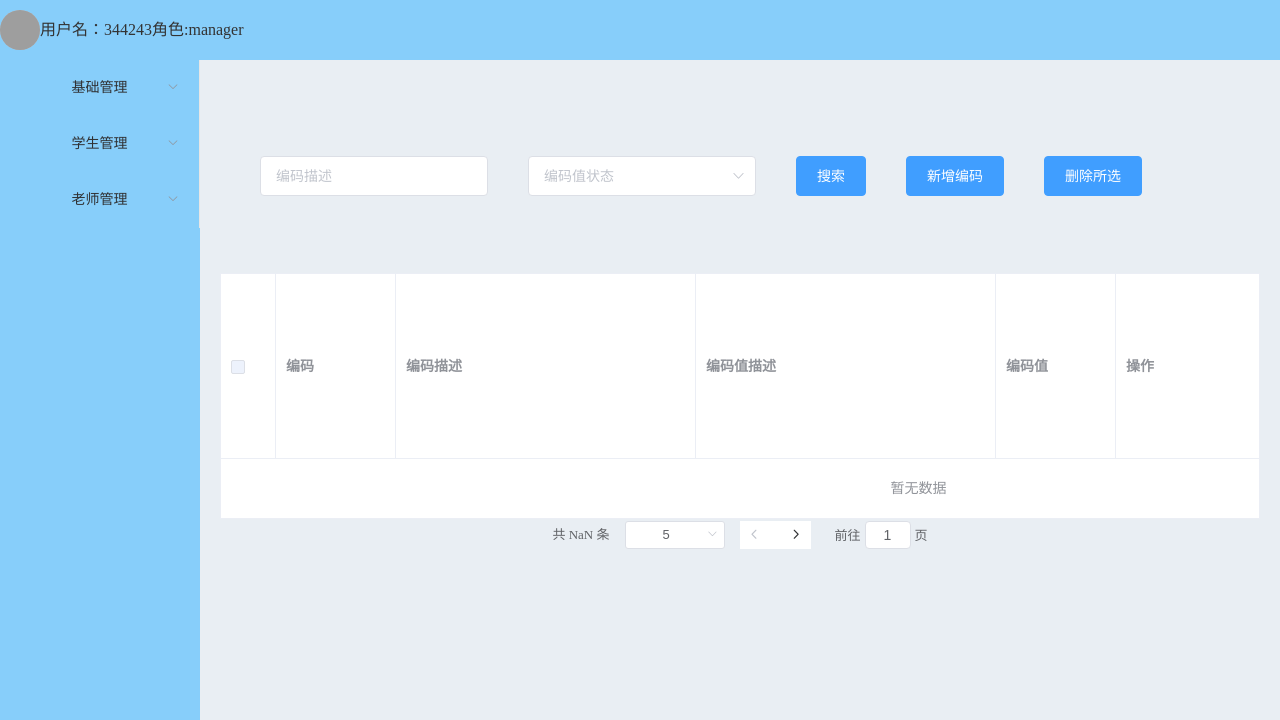
Repository: lwm9704/school-front
Page: /#/code
The author's editor kept a copy of each file at every save. The page is drawn from the files as they stood at one save, then again after the next save.
The browser window is 1280 px wide. The pictures show the whole page.
Pictures or frames that could not be fetched are drawn as grey boxes. The page's requests for data from a server got no answer. The project was rebuilt for these pictures with package versions that can differ from the ones it lists, and the page was loaded fresh each time. No one was signed in, and anything a server would have sent is missing. Also part of the build but not shown: src/js/login.js, src/view/login.vue.

Above is the page before, as saved 2021-11-22 14:52:30.

### src/main.js
// The Vue build version to load with the `import` command
// (runtime-only or standalone) has been set in webpack.base.conf with an alias.
import Vue from 'vue'
import App from './App'
import router from './router'
import ElementUI from 'element-ui'
import 'element-ui/lib/theme-chalk/index.css'
import Vuex from 'vuex'
import './assets/css/global.css'

Vue.config.productionTip = false
Vue.use(ElementUI)
Vue.use(Vuex)

/* eslint-disable no-new */
new Vue({
  el: '#app',
  router,
  components: { App },
  template: '<App/>'
})

### src/router/index.js

import Vue from 'vue'
import Router from 'vue-router'
import Login from '@/view/login'
import Home from '../view/home'


Vue.use(Router)

export default new Router({
  routes: [
    {
      path: '/',
      redirect: '/login',
    },
    {
      path: '/login',
      name: 'login',
      component: Login
    },
    {
      path: '/home',
      name: 'home',
      component: Home,
      children: [
        {
          path: '/user',
          name: 'user',
          component: () => import('../view/user')
        },
        {
          path: '/code',
          name: 'code',
          component: () => import('../view/code')
        },
        {
          path: '/course',
          name: 'course',
          component: () => import('../view/course')
        },
        {
          path: '/grade',
          name: 'grade',
          component: () => import('../view/grade')
        },
        {
          path: '/lecture',
          name: 'lecture',
          component: () => import('../view/lecture')
        },
        {
          path: '/member',
          name: 'member',
          component: () => import('../view/member')
        },
        {
          path: '/score',
          name: 'score',
          component: () => import('../view/score')
        },
        {
          path: '/teaching',
          name: 'teaching',
          component: () => import('../view/teaching')
        }
      ]
    },

  ]
})

### src/assets/css/global.css
html,body,#app,.el-container{
  /*设置内部填充为0，几个布局元素之间没有间距*/
  padding: 0px;
  /*外部间距也是如此设置*/
  margin: 0px;
  /*统一设置高度为100%*/
  height: 100%;
  }

### src/view/home.vue
<template>
  <div class="home">
    <el-container class="top">
      <el-header>
        <div class="header">
          <myHeader></myHeader>
        </div>
      </el-header>
      <el-container class="main">
        <el-aside width="200px" class="Aside">
          <leftMenu></leftMenu>
        </el-aside>
        <el-container>
          <el-main>
            <router-view></router-view>
          </el-main>
        </el-container>
      </el-container>
    </el-container>
  </div>
</template>
<script>
import req from "../js/home";
import leftMenu from "../components/leftMenu";
import myHeader from "../components/myHeader";
export default {
  components: {
    leftMenu,
    myHeader,
  },
  data(){
    return{
      userInfo:{
        userId:'12323',
        account:'344243',
        role:"manager"
      }
    }
  },
  mounted(){
    this.getUserInfo();
  },
  methods: {

    //获取并保存用户参数
    getUserInfo(){
      // sessionStorage.setItem("userInfo",JSON.stringify(this.$route.params.userInfo))
      // sessionStorage.setItem(this.userInfo)
    },
    //侧边栏的方法
    handleOpen(key, keyPath) {
      console.log(key, keyPath);
    },
    handleClose(key, keyPath) {
      console.log(key, keyPath);
    },
  },
  mounted() {},
};
</script>
<style lang="scss" scoped>
.el-header {
  background-color: #87cefa;
  color: #333;
  text-align: center;
  line-height: 60px;
  padding: 0;
}

.el-aside {
  background-color: #87cefa;
  color: #333;
  text-align: center;
  line-height: 200px;
}

.el-main {
  background-color: #e9eef3;
  color: #333;
  text-align: center;
  line-height: 160px;
}

body > .el-container {
  margin-bottom: 40px;
}
.home,.top,.main{
  height: 100%;
}
</style>

### src/view/code.vue
<template>
  <div>
    <div class="main-head" :model="search">
      <dl>
        <dd>
          <el-input
            v-model="search.codeDescription"
            placeholder="编码描述"
            clearable
          ></el-input>
        </dd>
      </dl>
      <dl>
        <dd>
          <el-select v-model="search.state" placeholder="编码值状态">
            <el-option
              v-for="item in state"
              :key="item.value"
              :label="item.label"
              :value="item.value"
            ></el-option>
          </el-select>
        </dd>
      </dl>
      <dl>
        <dd>
          <el-button type="primary" @click="searchData">搜索</el-button>
        </dd>
      </dl>
      <dl>
        <dd>
          <el-button type="primary" @click="addCode">新增编码</el-button>
        </dd>
      </dl>
      <dl>
        <dd>
          <el-button type="primary" @click="deleteDetailList"
            >删除所选</el-button
          >
        </dd>
      </dl>
    </div>

    <el-table
      ref="multipleTable"
      :data="tableData"
      tooltip-effect="dark"
      border
      style="width: 100%"
      @selection-change="handleSelectionChange"
    >
      <el-table-column type="selection" width="55"></el-table-column>
      <el-table-column label="编码" prop="codeNo" width="120"></el-table-column>
      <el-table-column
        label="编码描述"
        prop="codeDescription"
        width="300"
      ></el-table-column>
      <el-table-column
        prop="codeValueDescription"
        label="编码值描述"
        width="300"
      ></el-table-column>
      <el-table-column
        prop="codeValue"
        label="编码值"
        width="120"
        show-overflow-tooltip
      ></el-table-column>
      <el-table-column label="操作" width="500">
        <template slot-scope="scope">
          <el-button size="mini" @click="modifyCode(scope.row)"
            >编码编辑</el-button
          >
          <el-button size="mini" @click="addDetail(scope.row)"
            >新增编码详情</el-button
          >
          <el-button size="mini" @click="modifyDetail(scope.row)"
            >编码详情编码</el-button
          >
          <el-button size="mini" @click="deleteDetail(scope.row)"
            >删除编码详情编码</el-button
          >
        </template>
      </el-table-column>
    </el-table>

    <div class="footer">
      <el-pagination
        @size-change="handleSizeChange"
        @current-change="handleCurrentChange"
        :current-page="parseInt(pageInfo.currentPage)"
        :page-sizes="[100, 200, 300, 400]"
        :page-size="parseInt(pageInfo.pageSize)"
        layout="total, sizes, prev, pager, next, jumper"
        :total="parseInt(pageInfo.total)"
      ></el-pagination>
    </div>

    <!--编码-->
    <el-dialog :title="dialogInfo.title" :visible.sync="codeFormVisible">
      <el-form :model="codeForm" :rules="codeRules" :ref="codeForm">
        <el-form-item label="编码" :label-width="formLabelWidth">
          <el-input v-model="codeForm.codeNo" autocomplete="off"></el-input>
        </el-form-item>
        <el-form-item label="编码描述" :label-width="formLabelWidth">
          <el-input v-model="codeForm.description" autocomplete="off"></el-input>
        </el-form-item>
      </el-form>
      <div slot="footer" class="dialog-footer">
        <el-button @click="cancelCodeForm">取 消</el-button>
        <el-button type="primary" @click="saveCodeForm">确 定</el-button>
      </div>
    </el-dialog>
    <!--编码详情-->
    <el-dialog :title="dialogInfo.title" :visible.sync="detailFormVisible">
      <el-form :model="detailForm" :rules="detailRules" :ref="detailForm">
        <el-form-item label="编码值" :label-width="formLabelWidth">
          <el-input v-model="detailForm.codeValue" autocomplete="off"></el-input>
        </el-form-item>
        <el-form-item label="编码值描述" :label-width="formLabelWidth">
          <el-input v-model="detailForm.codeValueDescribe" autocomplete="off"></el-input>
        </el-form-item>
        <el-form-item label="状态" :label-width="formLabelWidth">
          <el-select v-model="detailForm.state" clearable placeholder="请选择">
            <el-option
              v-for="item in state"
              :key="item.value"
              :label="item.label"
              :value="item.value"
            ></el-option>
          </el-select>
        </el-form-item>
      </el-form>
      <div slot="footer" class="dialog-footer">
        <el-button @click="cancelDetailForm">取 消</el-button>
        <el-button type="primary" @click="saveDetailForm">确 定</el-button>
      </div>
    </el-dialog>
  </div>
</template>
<script>
import req from "../js/code";
export default {
  data() {
    return {
      //表内容数据
      tableData: [],
      multipleSelection: [],
      //显示页面条数
      pageInfo: {
        currentPage: "",
        total: "",
        pageSize: "",
      },
      dialogInfo: {
        type: "",
        title: "",
      },
      //编码表单
      codeFormVisible: false,
      codeForm: {
        codeNo: "",
        description: "",
      },
      codeRules: {
        code: [{ required: true, message: "请输入编码", trigger: "blur" }],
      },
      //详情表单
      detailFormVisible: false,
      detailForm: {
        codeValue: "",
        codeValueDescribe: "",
        state: "",
      },
      detailRules: {
        codeValue: [{ required: true, message: "请输入编码值", trigger: "blur" }],
        state: [{ required: true, message: "请选择状态", trigger: "blur" }],
      },
      formLabelWidth: "120px",
      //搜索，按钮
      search: {
        codeDescription: "",
        state: "",
        offset:"",
        limit:"",
      },
      state: [
        {
          value: 0,
          label: "禁用",
        },
        {
          value: 1,
          label: "启用",
        },
      ],
    };
  },
  mounted() {
    this.fetch();
  },
  methods: {
    //侧边栏的方法
    handleOpen(key, keyPath) {
      console.log(key, keyPath);
    },
    handleClose(key, keyPath) {
      console.log(key, keyPath);
    },
    //多选
    handleSelectionChange(row) {
      this.multipleSelection = row;
    },

    //选页的相关方法
    handleSizeChange(pageSize) {
      this.pageInfo.pageSize = pageSize;
      console.log(`每页 ${pageSize} 条`);
    },
    handleCurrentChange(currentPage) {
      this.pageInfo.currentPage = currentPage;
      console.log(`当前页: ${currentPage}`);
    },
    //刷新页面
    fetch() {
      this.pageInfo.pageSize = 5;
      this.pageInfo.currentPage = 1;
      this.searchData();
    },
    //搜索
    searchData() {
      this.search.offset = this.pageInfo.currentPage;
      this.search.limit = this.pageInfo.pageSize;
      req("selectData", {
        ...this.search
      }).then((data) => {
        console.log(data.data);
        this.tableData = data.data.list;
        // this.pageInfo.pageSize = data.data.offset;
        // this.pageInfo.currentPage = data.data.limit;
        // this.pageInfo.total = data.data.total;
      });
    },
    //重置
    reset() {
      this.fetch();
      console.log("重置按钮被点击了");
    },
    addCode() {
      this.dialogInfo.type = "addCode";
      this.dialogInfo.title = "新增编码";
      this.codeFormVisible = true;
    },
    modifyCode(row) {
      this.codeForm = row;
      this.dialogInfo.type = "modifyCode";
      this.dialogInfo.title = "修改编码";
      this.codeFormVisible = true;
    },
    addDetail(row) {
      this.detailForm.codeId = row.codeId;
      this.dialogInfo.type = "addDetail";
      this.dialogInfo.title = "新增编码详情";
      console.log()
    },
    modifyDetail(row) {
      this.detailForm.codeId = row.codeId;
      this.detailForm.value = row.value;
      this.detailForm.describe = row.describe;
      this.detailForm.state = row.state;
      this.dialogInfo.type = "modifyDetail";
      this.dialogInfo.title = "修改编码值";
      this.detailFormVisible = true;
    },
    saveCodeForm() {
      this.$refs[this.codeForm].validate((valid) => {
        // console.log(this.$refs[this.codeForm])\
        console.log(this.dialogInfo.type)
        if (valid) {
          if (this.dialogInfo.type === "addCode") {
            console.log(2)
            req("insertData", { ...this.codeForm }).then((data) => {
              console.log(data.data);
              if (data.code === 1) {
                this.$message.success(data.msg);
                this.fetch();
                this.$refs[this.codeForm].resetFields();
                this.codeFormVisible = false;
              } else {
                this.$message.error(data.data.msg);
              }
            });
          }
          if (this.dialogInfo.type === "modifyCode") {
            req("updateData", { ...codeForm }).then((data) => {
              console.log(data.data);
              if (data.data.code === 1) {
                this.$message.success(data.data.msg);
                this.fetch();
                this.$refs[this.codeForm].resetFields();
                this.codeFormVisible = false;
              } else {
                this.$message.error(data.data.msg);
              }
            });
          }
        }
      });
    },
    cancelCodeForm() {
      this.$refs[this.codeForm].resetFields();
      this.codeFormVisible = false;
    },

    saveDetailForm() {
      this.$refs[this.detailForm].validate((valid) => {
        if (valid) {
          if (this.dialogInfo.type === "addDetail") {
            req("insertDetailData", { ...this.detailForm }).then((data) => {
              console.log(data.data);
              if (data.data.code === 1) {
                this.$message.success(data.data.msg);
                this.fetch();
                this.$refs[this.detailForm].resetFields();
                this.detailFormVisible = false;
              } else {
                this.$message.error(data.data.msg);
              }
            });
          }
          if (this.dialogInfo.type === "modifyDetail") {
            req("updateDetailData", { ...detailForm }).then((data) => {
              console.log(data.data);
              if (data.data.code === 1) {
                this.$message.success(data.data.msg);
                this.fetch();
                this.$refs[this.detailForm].resetFields();
                this.detailFormVisible = false;
              } else {
                this.$message.error(data.data.msg);
              }
            });
          }
        }
      });
    },
    cancelDetailForm() {
      this.$refs[this.detailForm].resetFields();
      this.detailFormVisible = false;
    },

    deleteDetail(row) {
      this.$confirm("此操作将永久删除该文件,是否继续?").then(() => {
        let codeDetailId = row.codeDetailId.toString();
        req("deleteDetailData", { codeDetailId: codeDetailId }).then((data) => {
          this.$message.success(data.data.msg);
          this.fetch();
        });
      });
    },
    deleteDetailList() {
      if (this.multipleSelection.length === 0) {
        this.$message.info("请选择需要删除的数据");
        return;
      }
      this.$confirm("此操作将永久删除该文件,是否继续?").then(() => {
        let codeDetailIdList = this.multipleSelection
          .map((item) => {
            return item.codeDetailId;
          })
          .toString();
        req("deleteDetailData", { codeDetailId: codeDetailIdList }).then(
          (data) => {
            this.$message.success(data.data.msg);
            this.fetch();
          }
        );
      });
    },
  },
};
</script>

<style lang="scss" scoped>
.main-head {
  display: flex;
  flex-direction: row;
}
</style>

### src/js/home.js
import req from "../fect/rquestConfig";

const config = {
    getUserInfo: {
        url: '/user/selectOfCondition',
        method: 'get'
    },
}
const request = function (funcName, requestParam) {
    return req(config[funcName].url, config[funcName].method, requestParam, {}, config[funcName].fileConfig)
}
export default request

### src/components/leftMenu.vue
<template>
  <div>
    <el-menu
      class="el-menu-vertical-demo"
      :default-active="this.$router.path"
      router
      background-color="#87CEFA"
      @open="handleOpen"
      @close="handleClose"
    >
      <el-submenu
        v-for="(item, index) in menuList"
        :index="index + ''"
        :key="item.labe"
      >
        <template slot="title">{{ item.labe }}</template>
        <div v-if="item.children">
          <el-menu-item
            v-for="items in item.children"
            :index="items.path"
            :key="items.path"
          >
            <template slot="title">
              {{ items.labe }}
            </template>
          </el-menu-item>
        </div>
      </el-submenu>
    </el-menu>
  </div>
</template>

<script>
// import router from 'vue-router'
export default {
  name: "leftMenu",
  props: [],
  data() {
    return {
      menuList: [
        {
          index: "1",
          labe: "基础管理",
          children: [
            {
              index: "1 - 1",
              labe: "编码管理",
              path: "/code",
            },
            {
              index: "1 - 2",
              labe: "用户管理",
              path: "/user",
            },
            {
              index: "1 - 3",
              labe: "班级管理",
              path: "/grade",
            },
            {
              index: "1 - 4",
              labe: "课程管理",
              path: "/course",
            },
          ],
        },
        {
          index: "2",
          labe: "学生管理",
          children: [
            {
              index: "2 - 1",
              labe: "学生家庭成员管理",
              path: "/member",
            },
            {
              index: "2 - 2",
              labe: "考试成绩管理",
              path: "/score",
            },
          ],
        },
        {
          index: "3",
          labe: "老师管理",
          children: [
            {
              index: "3 - 1",
              labe: "教学管理",
              path: "/teaching",
            },
            {
              index: "3 - 2",
              labe: "授课管理",
              path: "/lecture",
            },
          ],
        },
      ],
    };
  },
  methods: {
    // handlerSelect(key, path) {
    // console.log(key,path)
    // if (path !== this.$route.path) {
    //   this.$router.replace({path:'path'});
    //   // this.$router.push({path: key, query: {}})
    // }
    // // this.$router.push({name: key, params: {}})
    // console.log(key);
    // console.log(path);
    // this.$emit('select', key,path);
    // },
    handleOpen(key, keyPath) {
      console.log(key, keyPath);
    },
    handleClose(key, keyPath) {
      console.log(key, keyPath);
    },
  },
};
</script>

<!-- Add "scoped" attribute to limit CSS to this component only -->
<style scoped>
</style>

### src/components/myHeader.vue
<template>
  <div class="myHeader">
    <div class="userInfo">
      <div class="avatar">
        <el-avatar
          src="https://cube.elemecdn.com/0/88/03b0d39583f48206768a7534e55bcpng.png"
        ></el-avatar>
      </div>
      <div class="charInfo">
        <span>用户名：{{this.userInfo.account}}</span>
        <span>角色:{{this.userInfo.role}}</span>
      </div>
    </div>
  </div>
</template>
<script>
export default {
  name: "myHeader",
  props: [],
  data() {
    return {
      userInfo: {
        userId: "12323",
        account: "344243",
        role: "manager",
      },
    };
  },
  methods: {
    getUserInfo() {
      // this.userInfo = JSON.parse(sessionStorage.getItem('userInfo'))
    },
  },
  mounted() {
    this.getUserInfo();
  },
};
</script>
<style lang="scss" scoped>
.myHeader{
  background-color:#87CEFA;
  height: 60px;
}
.userInfo {
    display: flex;
    flex-direction: row;
    height: 60px;
    .avatar{
      padding-top: 10px;
    }
}
</style>

### src/js/code.js
import req from '../fect/rquestConfig'
const config = {
    selectData: {
        url: '/code/queryAll',
        method: 'get'
    },
    insertData: {
        url: '/code/insertCode',
        method: 'post'
    },
    updateData: {
        url: '/code/updateCode',
        method: 'post'
    },
    deleteData: {
        url: '/code/deleteCodeById',
        method: 'post'
    },

    selectDetailData: {
        url: '/codeDetailed/queryAll',
        method: 'get'
    },
    insertDetailData: {
        url: '/codeDetailed/insertCodeDetailed',
        method: 'post'
    },
    updateDetailData: {
        url: '/codeDetailed/updateCodeDetailed',
        method: 'post'
    },
    deleteDetailData: {
        url: "/codeDetailed/deleteCodeDetailedById",
        method: 'post'
    }
}
const request = function (funcName, requestParam) {
    return req(config[funcName].url, config[funcName].method, requestParam, {}, config[funcName].fileConfig)
}
export default request

### src/fect/rquestConfig.js
import axios from 'axios'
import { throwErr } from './throwErr'

// const urlHead = 'http://305o99f251.wicp.vip'
const urlHead = '/api'
const qs = require('qs')

/**
 *
 * @param {String} url 请求路径
 * @param {String} method 请求方法
 * @param {Object} params 请求参数
 * @param {Object} requestHeader 请求头
 * @param {Object} fileConfig ---> {type, fileName} 导出配置 ---> 导出类型, 文件名称
 */
const req = function (url, method, params, requestHeader, fileConfig = {}) {

    Proxy:{
        '/js'
    }
    let instance = axios.create({
        baseURL: urlHead,
        timeout: 60000
    })

    // 添加请求拦截器
    instance.interceptors.request.use(config => {
        return config
    }, error => {
        return Promise.reject(error)
    })

    let requestConfig = {
        url: url,
        method: method,
        //将header、params、token复制到目标
        // params: Object.assign({}, params, { access_token: JSON.parse(sessionStorage.getItem('userInfo')).access_token }),
        // data: qs.stringify(Object.assign({}, params, { access_token: JSON.parse(sessionStorage.getItem('userInfo')).access_token })),
        params: Object.assign({}, params),
        data:qs.stringify(Object.assign({},params)),
        headers: {},
        responseType: fileConfig.type === 'file' ? 'blob' : ''
    }

    let getReg = /get|GET/
    let postReg = /post|POST/

    let fileData = {}

    let timer = null

    // 请求类型为导出时，添加vuex状态管理，定时修改vuex对应记录，请求完成或者请求报错时，停止定时器
    if (fileConfig.type === 'file') {
        fileData = {
            fileId: new Date().getTime(),
            fileName: fileConfig.fileName,
            fileLoadTime: 0,
            fileStatus: 'downloading',
            errorInfo: '',
            fileUrl: null
        }

    }

    if (getReg.test(requestConfig.method)) {
        delete requestConfig.data
        requestConfig.headers['Content-Type'] = 'application/json'
    } else if (postReg.test(requestConfig.method)) {
        delete requestConfig.params
        requestConfig.headers['Content-Type'] = 'application/x-www-form-urlencoded'
    }

    // 添加响应拦截器
    instance.interceptors.response.use(response => {
        clearInterval(timer)
        timer = null

        if (response.status === 200) {
            if (fileConfig.type === 'file') {
                fileData.fileStatus = 'success'
                fileData.fileUrl = window.URL.createObjectURL(new Blob([response.data]))
                // store.commit('changeExportFileList', fileData)
            }

            return response.data
        } else {
            if (fileConfig.type === 'file') {
                fileData.fileStatus = 'error'
                // store.commit('changeExportFileList', fileData)
            }

            throw new Error(throwErr(response))
        }
    }, error => {
        clearInterval(timer)
        timer = null

        if (fileConfig.type === 'file') {
            fileData.fileStatus = 'error'
            // store.commit('changeExportFileList', fileData)
        }

        return Promise.reject(error)
    })

    return instance(requestConfig)
}

export default req

### src/fect/throwErr.js
// axios错误信息匹配
export const throwErr = (response) => {
    let message = '请求错误'
    switch (response.status) {
        case 400:
            message = '请求错误'
            break
        case 401:
            message = '未授权，请登录'
            break
        case 403:
            message = '拒绝访问'
            break
        case 404:
            message = `请求地址出错: ${response.config.url}`
            break
        case 408:
            message = '请求超时'
            break
        case 500:
            message = '服务器内部错误'
            break
        case 501:
            message = '服务未实现'
            break
        case 502:
            message = '网关错误'
            break
        case 503:
            message = '服务不可用'
            break
        case 504:
            message = '网关超时'
            break
        case 505:
            message = 'HTTP版本不受支持'
            break
        default:
    }
    return '错误码:' + response.status + ' ' + '错误信息:' + message
}

Loaded but not shown: index.html (common file); src/App.vue (common file)

After the next save:
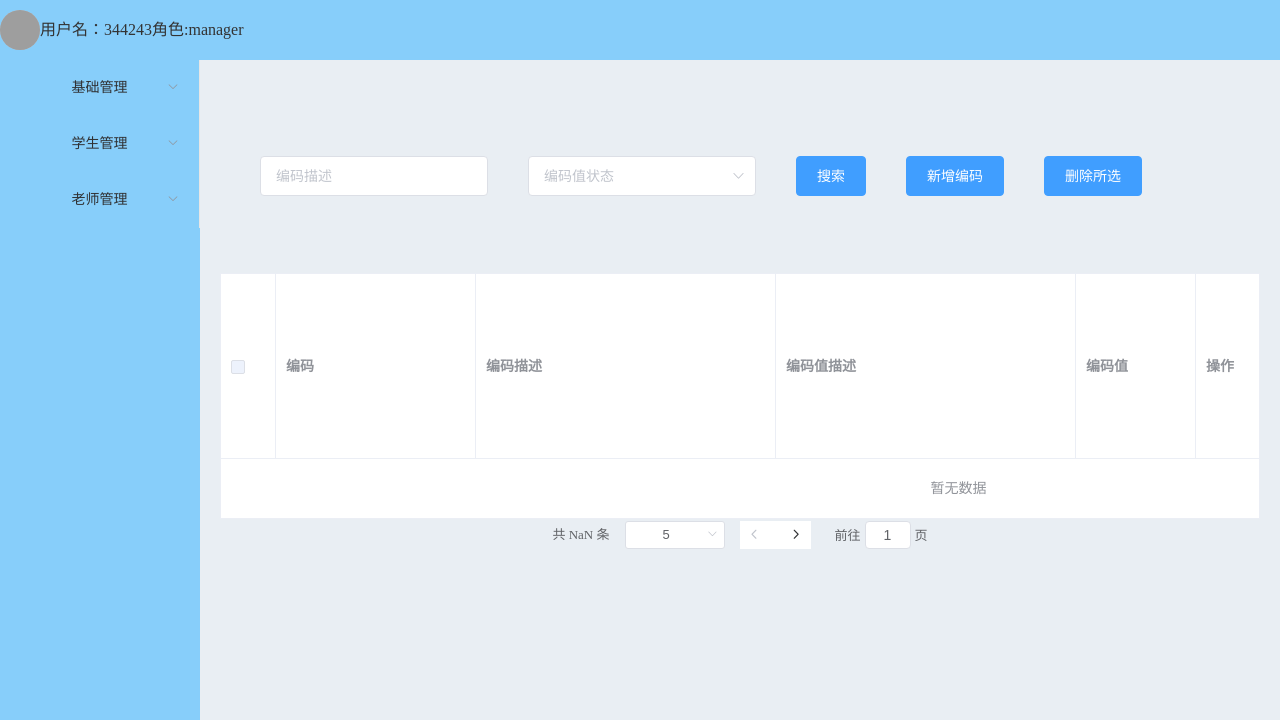
Saved 38 s later.
--- a/src/view/code.vue
+++ b/src/view/code.vue
@@ -50,7 +50,7 @@
       @selection-change="handleSelectionChange"
     >
       <el-table-column type="selection" width="55"></el-table-column>
-      <el-table-column label="编码" prop="codeNo" width="120"></el-table-column>
+      <el-table-column label="编码" prop="codeNo" width="200"></el-table-column>
       <el-table-column
         label="编码描述"
         prop="codeDescription"
